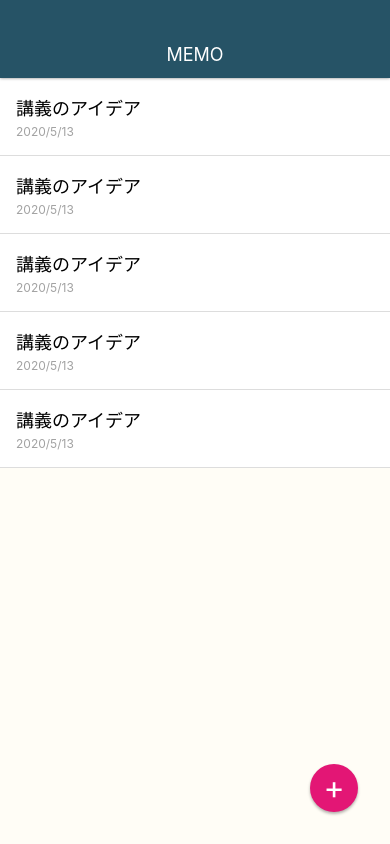
Repository: NagataRyuji0630/memo_app_for_reactNative
Page: /
These files come from the project's save history. The page is drawn as it stood at one moment and after the next save; the edit follows.
The browser window is 390 px wide. The pictures show the whole page.
The app was drawn by React Native's web renderer in a window 390 px wide. The project was rebuilt for these pictures with package versions that can differ from the ones it lists, and the page was loaded fresh each time.

Above is the page before, as saved 2020-05-14 09:51:28.

After the next save:
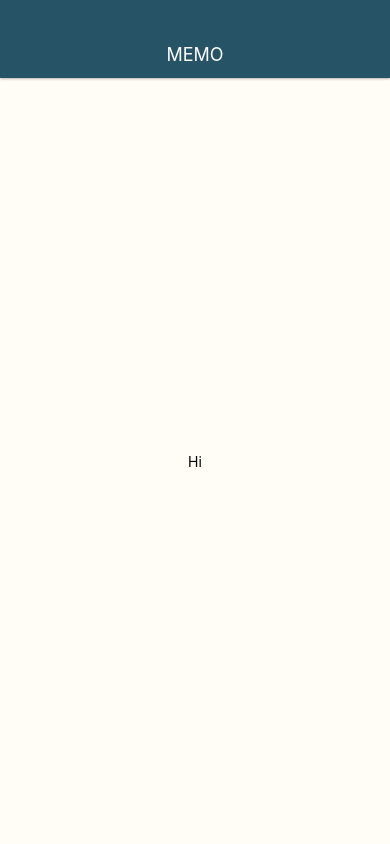
Saved 28 s later.
--- a/App.js
+++ b/App.js
@@ -10,7 +10,7 @@ export default class App extends React.Component {
     return (
       <View style={styles.container}>
         <AppBar />
-        <MemoListScreen />
+        <MemoDtailScreen />
       </View>
     );
   }
